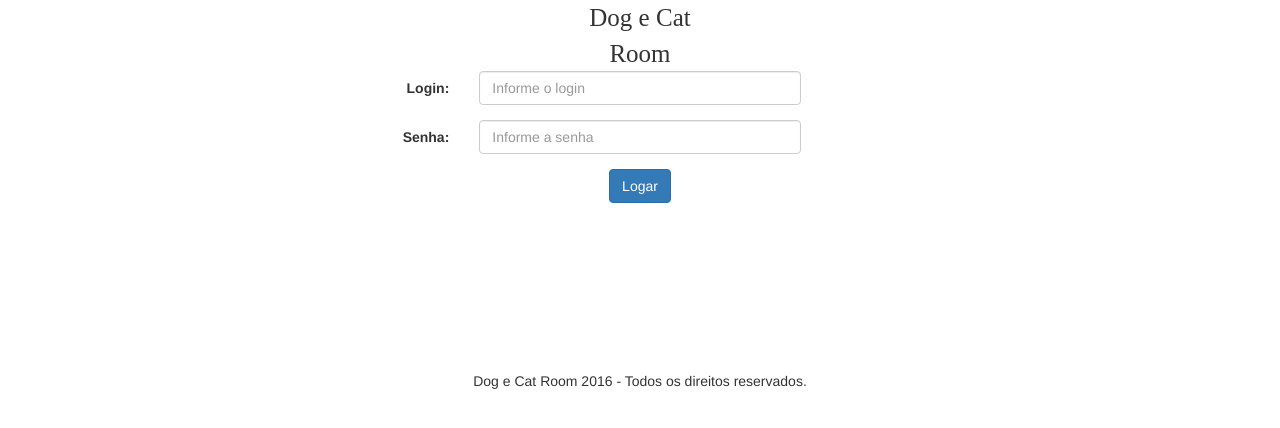
Repository: Natanzx/DogECatRoom
Page: http://localhost/DogECatRoom/login.jsp
The author's editor kept a copy of each file at every save. The page is drawn from the files as they stood at one save, then again after the next save.
The browser window is 1280 px wide. The pictures show the whole page.
The page is served by Tomcat 9. Other server files are loaded and not shown.

Above is the page before, as saved 2016-05-15 19:32:40.

### DogECatRoom/WebContent/login.jsp
<%@ page language="java" contentType="text/html; charset=ISO-8859-1"
	pageEncoding="ISO-8859-1"%>
<!DOCTYPE html PUBLIC "-//W3C//DTD HTML 4.01 Transitional//EN" "http://www.w3.org/TR/html4/loose.dtd">
<html>
<head>
<meta http-equiv="Content-Type" content="text/html; charset=ISO-8859-1">
<title>Efetuar Login</title>

<link rel="stylesheet" type="text/css"
	href="/DogECatRoom/bibliotecas/css/estilos.css">
<link rel="stylesheet" type="text/css"
	href="/DogECatRoom/bibliotecas/css/bootstrap.css">
</head>
<body>
	<div class="divMargin">
		<div
			style="text-align: center; font-size: 25px; font-family: Century Gothic";>
			Dog e Cat <br> Room
		</div>

		<div class="content">

			<form class="form-horizontal">
				<fieldset>
					<!-- Login -->
					<div class="form-group">
						<label class="col-md-4 control-label" for="textinput">
							Login:
						</label>
						<div class="col-md-4">
							<input id="textinput" name="textinput" type="text"
								placeholder="Informe o login" class="form-control input-md">
						</div>
					</div>

					<!-- Password -->
					<div class="form-group">
						<label class="col-md-4 control-label" for="passwordinput">
							Senha:
						</label>
						<div class="col-md-4">
							<input id="passwordinput" name="passwordinput" type="password"
								placeholder="Informe a senha" class="form-control input-md">
						</div>
					</div>

					<!-- Botao logar -->
					<div class="form-group"  style="text-align: center;">
						<button id="singlebutton" name="singlebutton" class="btn btn-primary">Logar</button>
					</div>

				</fieldset>
			</form>


		</div>

		<div style="text-align: center;">Dog e Cat Room 2016 - Todos os
			direitos reservados.</div>
	</div>
</body>
</html>

### DogECatRoom/WebContent/bibliotecas/css/estilos.css
@CHARSET "ISO-8859-1";

.divMargin{
	width				: 80%;
	margin				: auto;

}

.content{
	min-height			: 300px;
}

Loaded but not shown: DogECatRoom/WebContent/bibliotecas/css/bootstrap.css (library)

After the next save:
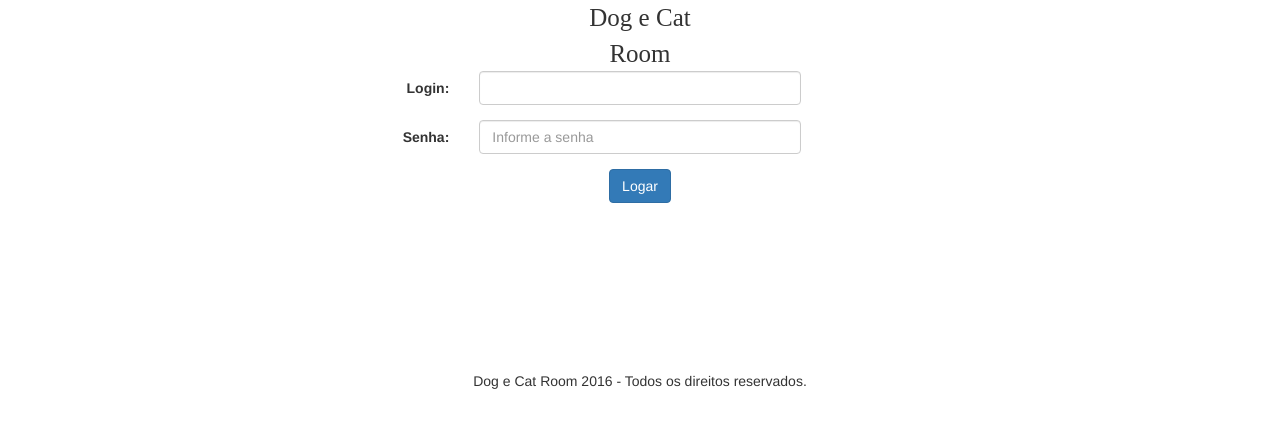
Saved 13 s later.
--- a/DogECatRoom/WebContent/login.jsp
+++ b/DogECatRoom/WebContent/login.jsp
@@ -29,7 +29,7 @@
 						</label>
 						<div class="col-md-4">
 							<input id="textinput" name="textinput" type="text"
-								placeholder="Informe o login" class="form-control input-md">
+								class="form-control input-md">
 						</div>
 					</div>
 
